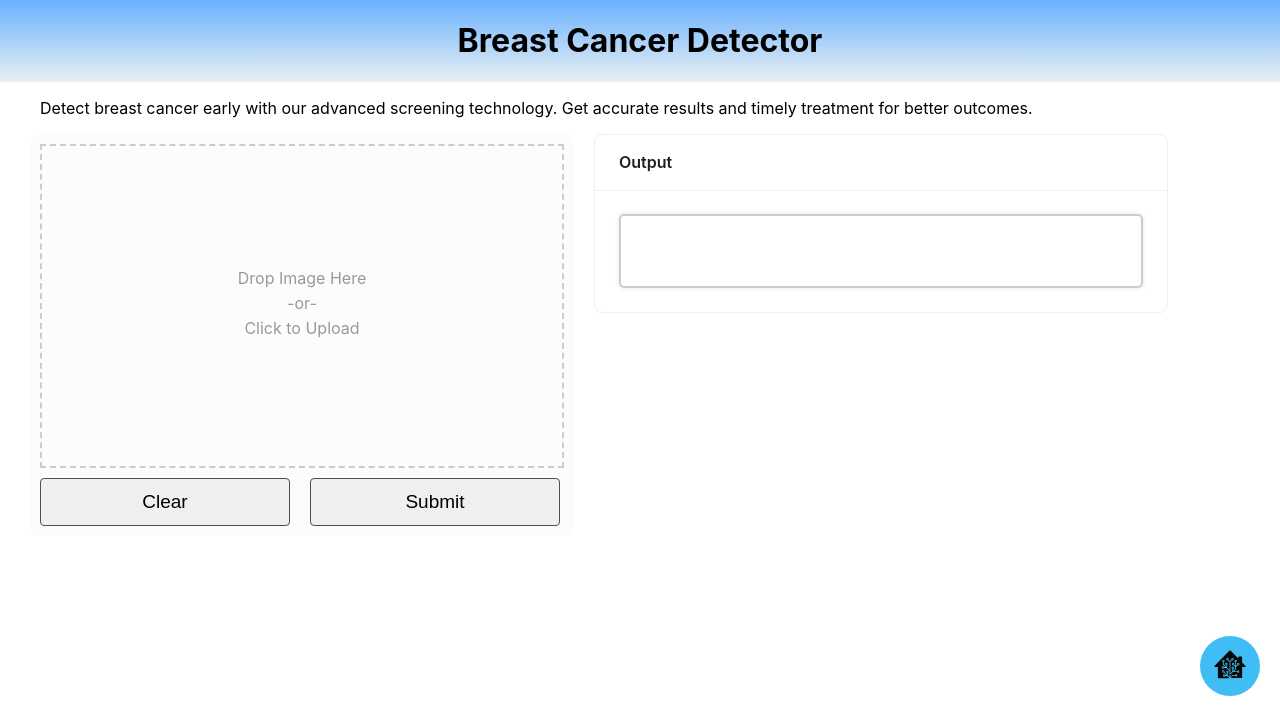
Repository: xshamrose/RAYi-AI
Page: /BreastCancerDetector-app (app in client/)
An editor plug-in stored every save of this project. The page is shown before and after the next save, followed by the edit.
The browser window is 1280 px wide. The pictures show the whole page.
The project was rebuilt for these pictures with package versions that can differ from the ones it lists, and the page was loaded fresh each time. Also part of the build but not shown: client/src/App.css, client/src/pages/Home.js, client/src/pages/home.css, client/src/pages/Chatbox.js.

Above is the page before, as saved 2024-03-11 11:13:44.

After the next save:
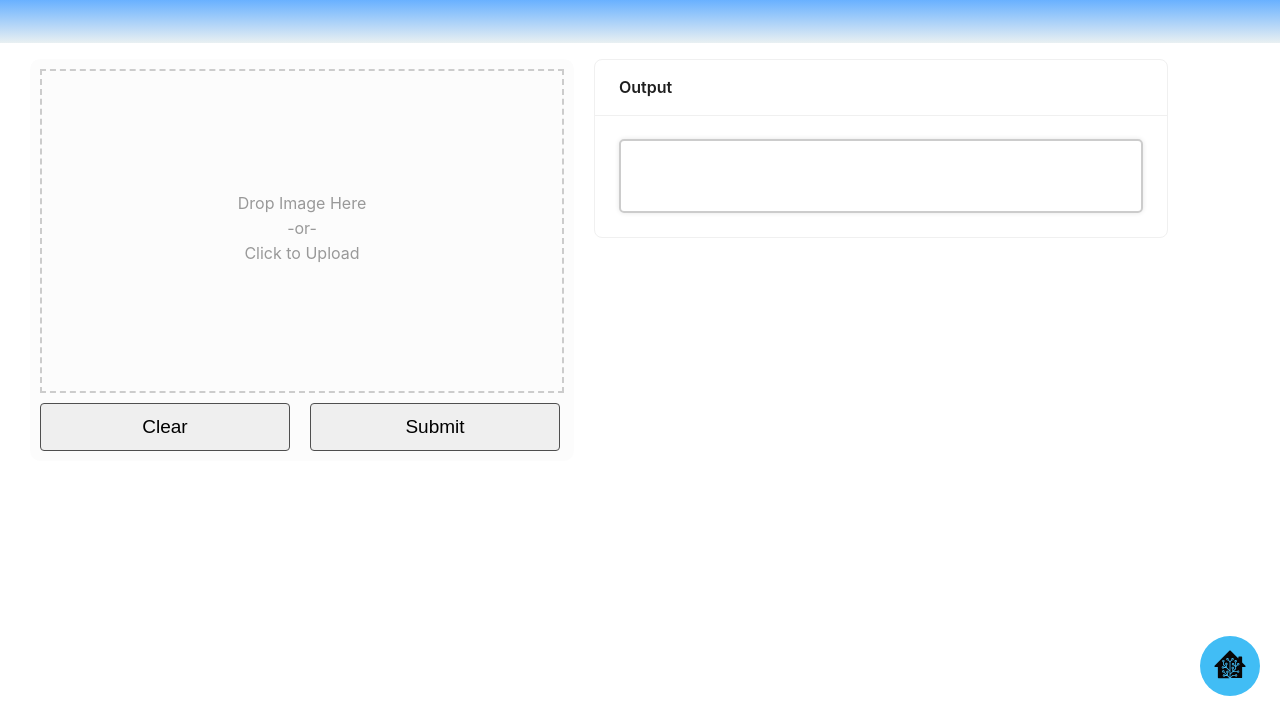
Saved 62 s later.
--- a/client/src/pages/Candetect.js
+++ b/client/src/pages/Candetect.js
@@ -79,8 +79,6 @@
 
       >
       <Header
-            title="Breast Cancer Detector"
-            subtitle="Detect breast cancer early with our advanced screening technology. Get accurate results and timely treatment for better outcomes."
           />
 
       <div className="overallContainer">
